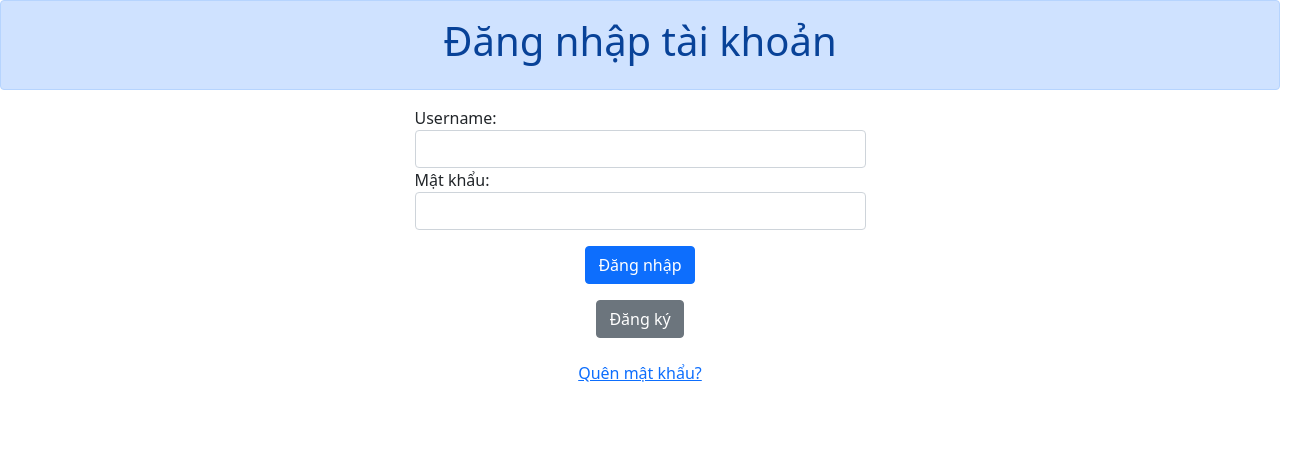
Repository: Carwyn1101/NguyenDinhHongPhuc_22133041
Page: http://localhost/LapTrinhWeb/views/login.jsp
An editor plug-in stored every save of this project. The page is shown before and after the next save, followed by the edit.
The browser window is 1280 px wide. The page is 1292 px wide, so the pictures cover 1292 px, including what lies to the right of the window. The pictures show the whole page.
The page is served by Tomcat 10. Nobody is signed in. The application's start-up code is not run. Other server files are loaded and not shown.

Above is the page before, as saved 2024-09-15 14:17:46.

### LapTrinhWeb/src/main/webapp/views/login.jsp
<%@ page language="java" contentType="text/html; charset=UTF-8"
	pageEncoding="UTF-8"%>
<%@ taglib prefix="c" uri="http://java.sun.com/jsp/jstl/core"%>
<!DOCTYPE html>
<html>
<head>
<meta charset="UTF-8">
<meta name="viewport" content="width=device-width, initial-scale=1">
<!-- Bootstrap CSS -->
<link
	href="https://cdn.jsdelivr.net/npm/bootstrap@5.0.2/dist/css/bootstrap.min.css"
	rel="stylesheet">
<title>Đăng nhập tài khoản</title>
</head>
<body>
	<header class="row">
		<div class="col">
			<div class="alert alert-primary col" align="center">
				<h1>Đăng nhập tài khoản</h1>
			</div>
		</div>
	</header>

	<div class="container">
		<div class="row justify-content-center">
			<div class="col-12 col-md-5">
				<form action="${pageContext.request.contextPath}/login"
					method="post">
					<c:if test="${alert != null}">
						<label class="alert alert-danger">${alert}</label>
					</c:if>

					<div class="form-group">
						<label for="username">Username:</label> <input type="text"
							id="username" name="username" class="form-control" />
					</div>

					<div class="form-group">
						<label for="password">Mật khẩu: </label> <input type="password"
							id="password" name="password" class="form-control" />
					</div>

					<div class="form-group mt-3" align="center">
						<button type="submit" class="btn btn-primary">Đăng nhập</button>
					</div>

					<div class="form-group mt-3" align="center">
						<button type="button" class="btn btn-secondary"
							onclick="window.location.href='${pageContext.request.contextPath}/register'">Đăng
							ký</button>
					</div>

					<div class="form-group mt-3" align="center">
						<a href="${pageContext.request.contextPath}/forgetPassword"
							class="btn btn-link">Quên mật khẩu?</a>
					</div>
				</form>
			</div>
		</div>
	</div>
</body>
</html>

After the next save:
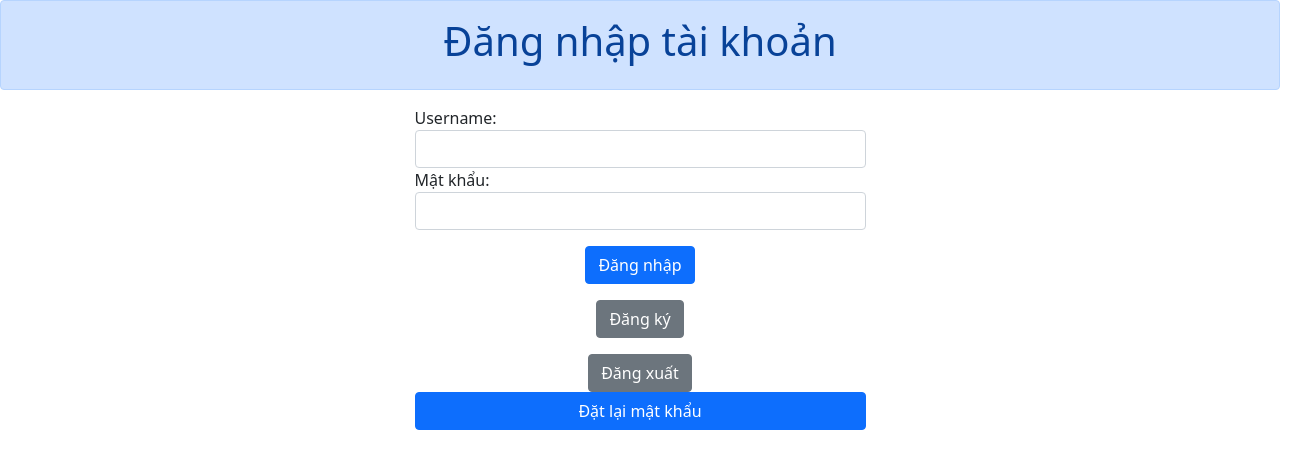
Saved 63 s later.
--- a/LapTrinhWeb/src/main/webapp/views/login.jsp
+++ b/LapTrinhWeb/src/main/webapp/views/login.jsp
@@ -1,6 +1,6 @@
 <%@ page language="java" contentType="text/html; charset=UTF-8"
 	pageEncoding="UTF-8"%>
-<%@ taglib prefix="c" uri="http://java.sun.com/jsp/jstl/core"%>
+<%@ taglib prefix="c" uri="http://java.sun.com/jsp/jstl/core" %>
 <!DOCTYPE html>
 <html>
 <head>
@@ -8,52 +8,48 @@
 <meta name="viewport" content="width=device-width, initial-scale=1">
 <!-- Bootstrap CSS -->
 <link
-	href="https://cdn.jsdelivr.net/npm/bootstrap@5.0.2/dist/css/bootstrap.min.css"
+	href="https://cdn.jsdelivr.net/npm/bootstrap@5.0.2/dist/css/
+bootstrap.min.css"
 	rel="stylesheet">
 <title>Đăng nhập tài khoản</title>
 </head>
 <body>
 	<header class="row">
 		<div class="col">
-			<div class="alert alert-primary col" align="center">
+			<div class="alert alert-primary col" align="center" >
 				<h1>Đăng nhập tài khoản</h1>
 			</div>
 		</div>
 	</header>
-
 	<div class="container">
 		<div class="row justify-content-center">
 			<div class="col-12 col-md-5">
-				<form action="${pageContext.request.contextPath}/login"
-					method="post">
-					<c:if test="${alert != null}">
-						<label class="alert alert-danger">${alert}</label>
-					</c:if>
-
+				<form action="login" method="post">
+							<c:if test="${alert != null}">
+								<label class="alert alert-danger">${alert}</label>
+							</c:if>
 					<div class="form-group">
-						<label for="username">Username:</label> <input type="text"
-							id="username" name="username" class="form-control" />
+						<label for="username">Username:</label> <input type="text" id="username"
+							name="username" class="form-control" />
 					</div>
-
 					<div class="form-group">
 						<label for="password">Mật khẩu: </label> <input type="password"
 							id="password" name="password" class="form-control" />
 					</div>
-
 					<div class="form-group mt-3" align="center">
 						<button type="submit" class="btn btn-primary">Đăng nhập</button>
 					</div>
-
 					<div class="form-group mt-3" align="center">
-						<button type="button" class="btn btn-secondary"
-							onclick="window.location.href='${pageContext.request.contextPath}/register'">Đăng
-							ký</button>
+						<!-- Button chuyển hướng tới trang đăng ký -->
+						<button type="button" class="btn btn-secondary" onclick="window.location.href='views/register.jsp'">Đăng ký</button>
 					</div>
-
 					<div class="form-group mt-3" align="center">
-						<a href="${pageContext.request.contextPath}/forgetPassword"
-							class="btn btn-link">Quên mật khẩu?</a>
+						<!-- Button logout -->
+						<button type="button" class="btn btn-secondary" >Đăng xuất</button>
 					</div>
+					<div class="d-grid">
+                        <button type="submit" class="btn btn-primary">Đặt lại mật khẩu</button>
+                    </div>
 				</form>
 			</div>
 		</div>
